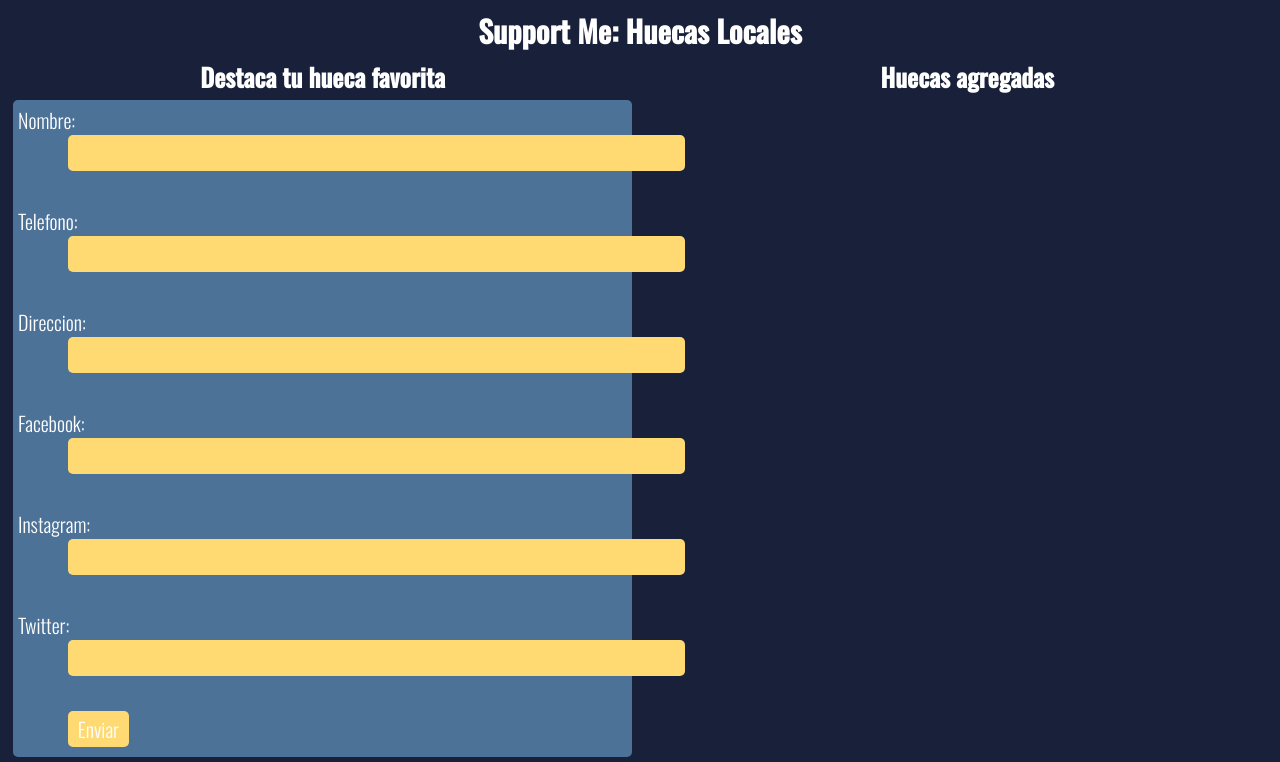
Repository: renzopachecoj/huecas-website
Page: index.html
The author's editor kept a copy of each file at every save. The page is drawn from the files as they stood at one save, then again after the next save.
The browser window is 1280 px wide. The pictures show the whole page.

Above is the page before, as saved 2020-08-01 15:32:44.

After the next save:
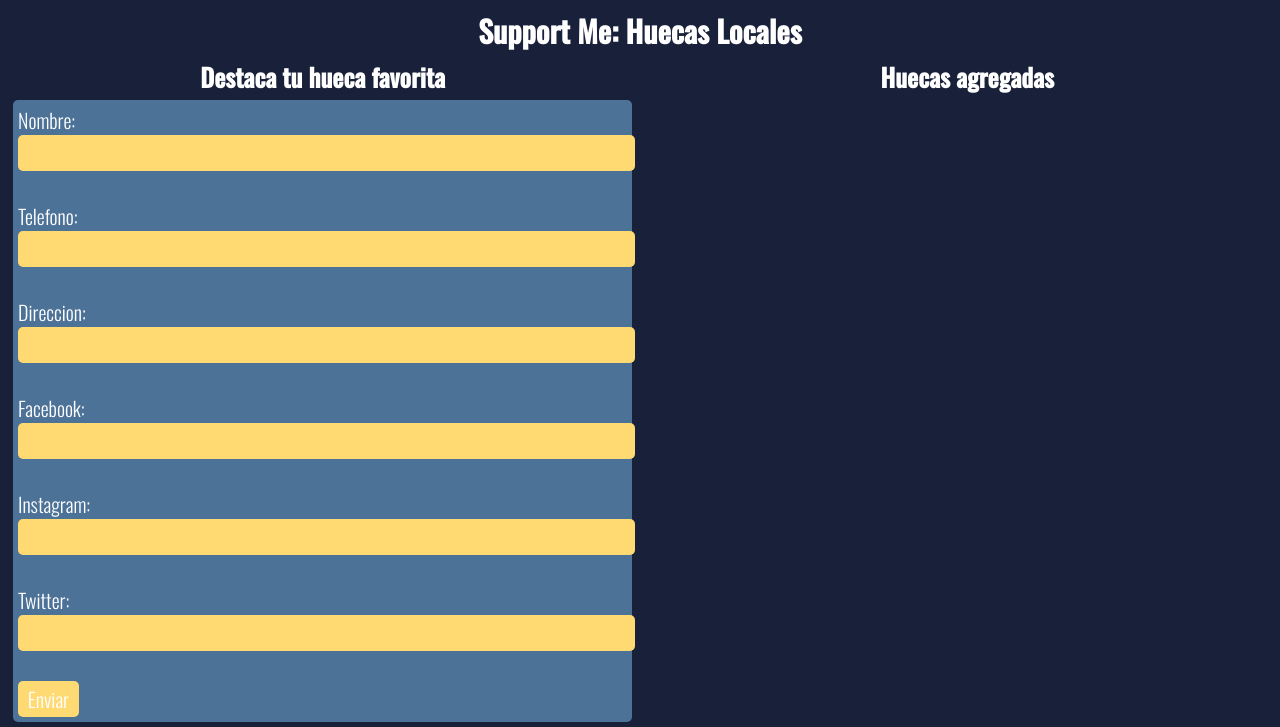
Saved 9 s later.
--- a/styles.css
+++ b/styles.css
@@ -38,7 +38,7 @@ h2{
 }
 input{
     width: 100%;
-    margin: 0px 5px 5px 50px;
+    margin: 0px 5px 0px 0px;
     border-radius: 5px;
     border-color: transparent;
     background-color: #FFD972;
